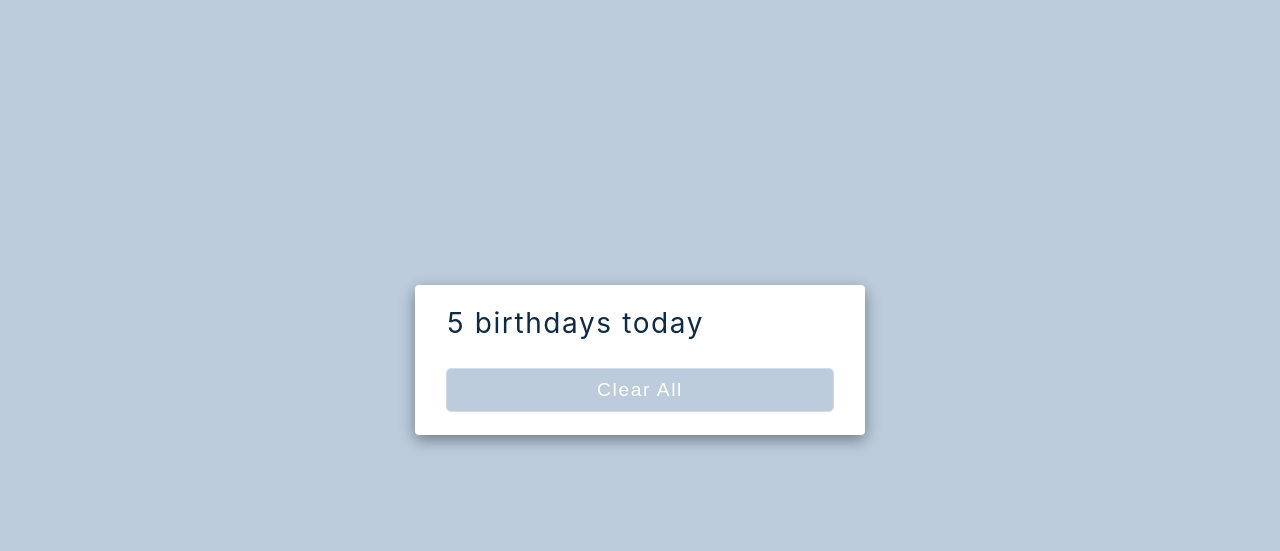
Repository: smit1298/Birthday-Reminder
Page: /
An editor plug-in stored every save of this project. The page is shown before and after a run of saves, followed by the edit.
The browser window is 1280 px wide. The pictures show the whole page.
The project was rebuilt for these pictures with package versions that can differ from the ones it lists, and the page was loaded fresh each time.

Above is the page before, as saved 2022-05-15 23:53:01.

### src/index.css
/*
===============
Variables
===============
*/

:root {
  /* dark shades of primary color*/
  --clr-primary-1: hsl(162, 61%, 89%);
  --clr-primary-2: hsl(162, 60%, 78%);
  --clr-primary-3: hsl(162, 61%, 67%);
  --clr-primary-4: hsl(162, 61%, 57%);
  /* primary/main color */
  --clr-primary-5: hsl(162, 73%, 46%);
  /* lighter shades of primary color */
  --clr-primary-6: #1aa179;
  --clr-primary-7: #13795b;
  --clr-primary-8: #0d503c;
  --clr-primary-9: #06281e;
  /* darkest grey - used for headings */
  --clr-grey-1: hsl(212, 33%, 89%);
  --clr-grey-2: hsl(210, 31%, 80%);
  --clr-grey-3: hsl(211, 27%, 70%);
  --clr-grey-4: hsl(209, 23%, 60%);
  /* grey used for paragraphs */
  --clr-grey-5: hsl(210, 22%, 49%);
  --clr-grey-6: hsl(209, 28%, 39%);
  --clr-grey-7: hsl(209, 34%, 30%);
  --clr-grey-8: hsl(211, 39%, 23%);
  --clr-grey-9: hsl(209, 61%, 16%);
  --clr-white: #fff;
  --clr-red-dark: hsl(360, 67%, 44%);
  --clr-red-light: hsl(360, 71%, 66%);
  --clr-green-dark: hsl(125, 67%, 44%);
  --clr-green-light: hsl(125, 71%, 66%);
  --clr-black: #222;
  --transition: all 0.3s linear;
  --spacing: 0.1rem;
  --radius: 0.25rem;
  --light-shadow: 0 5px 15px rgba(0, 0, 0, 0.1);
  --dark-shadow: 0 5px 15px rgba(0, 0, 0, 0.4);
  --max-width: 1170px;
  --fixed-width: 450px;
  --clr-pink: #f28ab2;
}
/*
===============
Global Styles
===============
*/

*,
::after,
::before {
  margin: 0;
  padding: 0;
  box-sizing: border-box;
}
body {
  font-family: -apple-system, BlinkMacSystemFont, 'Segoe UI', Roboto, Oxygen,
    Ubuntu, Cantarell, 'Open Sans', 'Helvetica Neue', sans-serif;
  background: var(--clr-grey-2);
  color: var(--clr-grey-9);
  line-height: 1.5;
  font-size: 0.875rem;
}
ul {
  list-style-type: none;
}
a {
  text-decoration: none;
}
h1,
h2,
h3,
h4 {
  letter-spacing: var(--spacing);
  text-transform: capitalize;
  line-height: 1.25;
  margin-bottom: 0.75rem;
}
h1 {
  font-size: 3rem;
}
h2 {
  font-size: 2rem;
}
h3 {
  font-size: 1.25rem;
}
h4 {
  font-size: 0.875rem;
}
p {
  margin-bottom: 1.25rem;
  color: var(--clr-grey-5);
}
@media screen and (min-width: 800px) {
  h1 {
    font-size: 4rem;
  }
  h2 {
    font-size: 2.5rem;
  }
  h3 {
    font-size: 1.75rem;
  }
  h4 {
    font-size: 1rem;
  }
  body {
    font-size: 1rem;
  }
  h1,
  h2,
  h3,
  h4 {
    line-height: 1;
  }
}
/*  global classes */

/* section */
.section {
  width: 90vw;
  margin: 0 auto;
  max-width: var(--max-width);
}

@media screen and (min-width: 992px) {
  .section {
    width: 95vw;
  }
}

main {
  min-height: 100vh;
  display: flex;
  justify-content: center;
  align-items: center;
}

.container {
  width: 90vw;
  margin: 5rem 0;
  max-width: var(--fixed-width);
  background: var(--clr-white);
  border-radius: var(--radius);
  padding: 1.5rem 2rem;
  box-shadow: var(--dark-shadow);
}
.container h3 {
  font-weight: normal;
  text-transform: none;
  margin-bottom: 2rem;
}
.person {
  display: grid;
  grid-template-columns: auto 1fr;
  column-gap: 0.75rem;
  margin-bottom: 1.5rem;
  align-items: center;
}
.person img {
  width: 75px;
  height: 75px;
  object-fit: cover;
  border-radius: 50%;
  box-shadow: var(--light-shadow);
}
.person h4 {
  margin-bottom: 0.35rem;
}
.person p {
  margin-bottom: 0;
}
.container button {
  color: var(--clr-white);
  display: block;
  width: 100%;
  border-color: transparent;
  background: var(--clr-grey-2);
  margin: 2rem auto 0 auto;
  text-transform: capitalize;
  font-size: 1.2rem;
  padding: 0.5rem 0;
  letter-spacing: var(--spacing);
  border-radius: var(--radius);
  outline: 1px solid rgba(203, 211, 223, 0.8);
  cursor: pointer;
}

### src/App.js
import React, { useState } from "react";
import data from "./data";
import List from "./List";
function App() {
  // creating a useState that picks data from my data js form
  const [people, setPeople] = useState(data)
  return (
    <main>
      <section className="container">
        <h3>{people.length} birthdays today</h3>
        <List people={people} />
        <button onClick={() => console.log('you cleared me')}>clear all</button>
      </section>
    </main>
  );
}

export default App;

### src/data.js
export default [
  {
    id: 1,
    name: 'Bertie Yates',
    age: 29,
    image:
      'https://res.cloudinary.com/diqqf3eq2/image/upload/v1595959131/person-2_ipcjws.jpg',
  },
  {
    id: 2,
    name: 'Hester Hogan',
    age: 32,
    image:
      'https://res.cloudinary.com/diqqf3eq2/image/upload/v1595959131/person-3_rxtqvi.jpg',
  },
  {
    id: 3,
    name: 'Larry Little',
    age: 36,
    image:
      'https://res.cloudinary.com/diqqf3eq2/image/upload/v1586883423/person-4_t9nxjt.jpg',
  },
  {
    id: 4,
    name: 'Sean Walsh',
    age: 34,
    image:
      'https://res.cloudinary.com/diqqf3eq2/image/upload/v1586883417/person-3_ipa0mj.jpg',
  },
  {
    id: 5,
    name: 'Lola Gardner',
    age: 29,
    image:
      'https://res.cloudinary.com/diqqf3eq2/image/upload/v1586883334/person-1_rfzshl.jpg',
  },
];

### src/List.js
import React from 'react';

const List = ({people}) => {
  return (
    <>
{people.map((person) =>{
  const {id, name, age, image} = person;
  return <article key={id}></article>
})}    </>
  );
};

export default List;

Loaded but not shown: public/index.html (common file); src/index.js (common file)

After the next 7 saves:
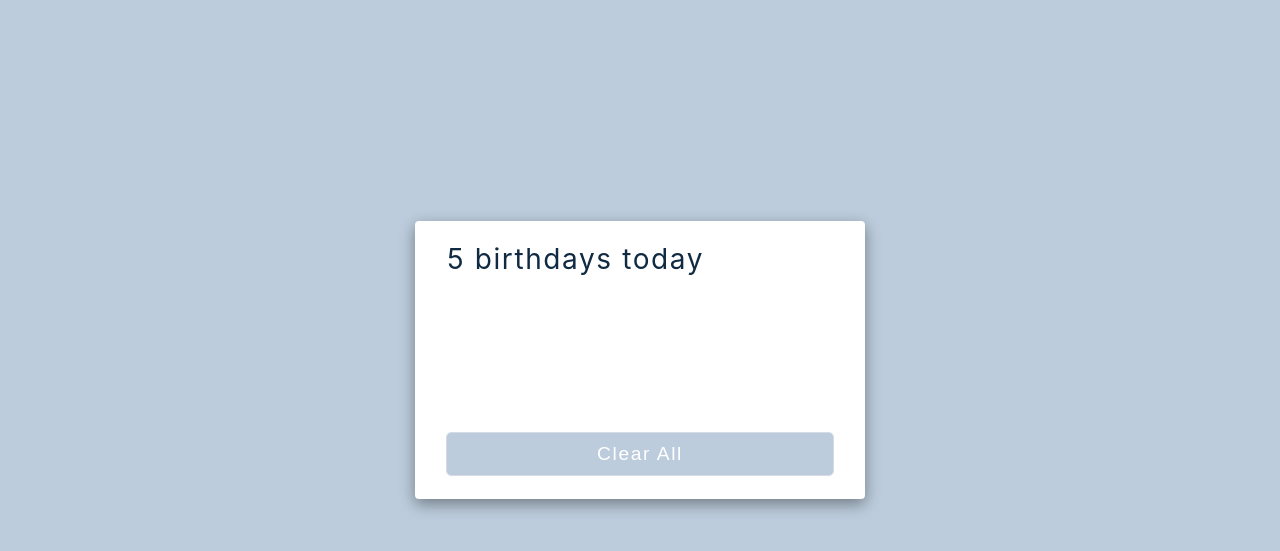
The 7 saves are shown as one change because they came seconds apart.
The last was saved 20 s later.
--- a/src/List.js
+++ b/src/List.js
@@ -5,7 +5,7 @@ const List = ({people}) => {
     <>
 {people.map((person) =>{
   const {id, name, age, image} = person;
-  return <article key={id}></article>
+  return <article key={id} className="person"></article>
 })}    </>
   );
 };
